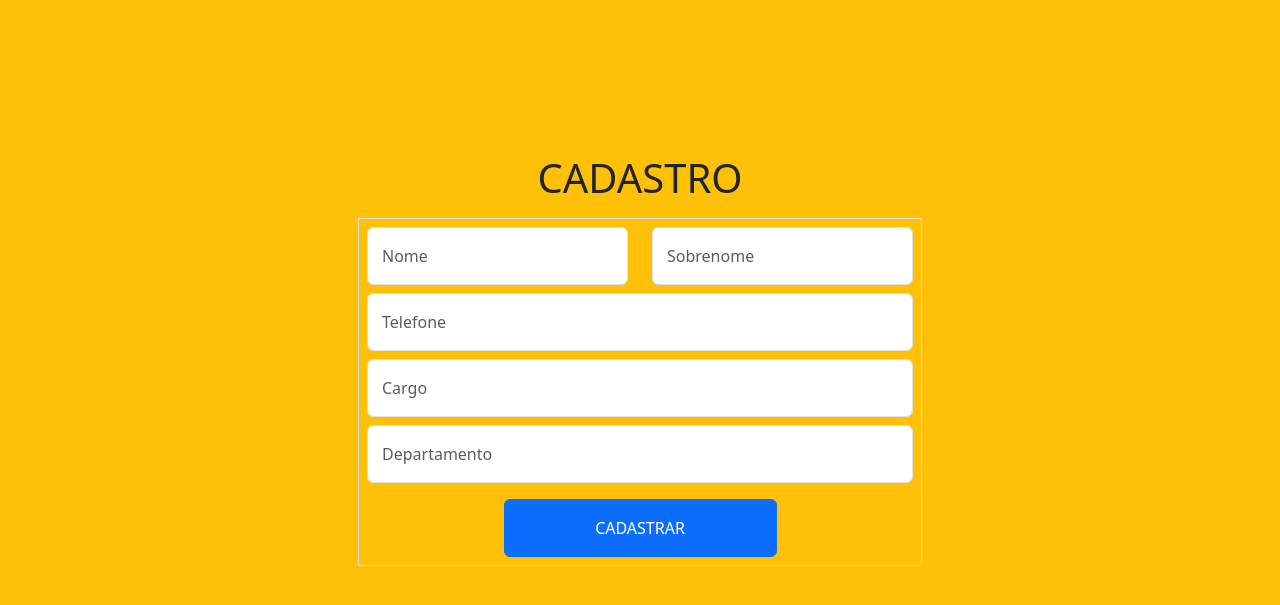
Repository: JoaoNeto00/GLPI
Page: GLPI-ROOT/glpiWeb/src/main/webapp/cadastro.html
An editor plug-in stored every save of this project. The page is shown before and after the next save, followed by the edit.
The browser window is 1280 px wide. The pictures show the whole page.

Above is the page before, as saved 2023-11-04 22:15:20.

After the next save:
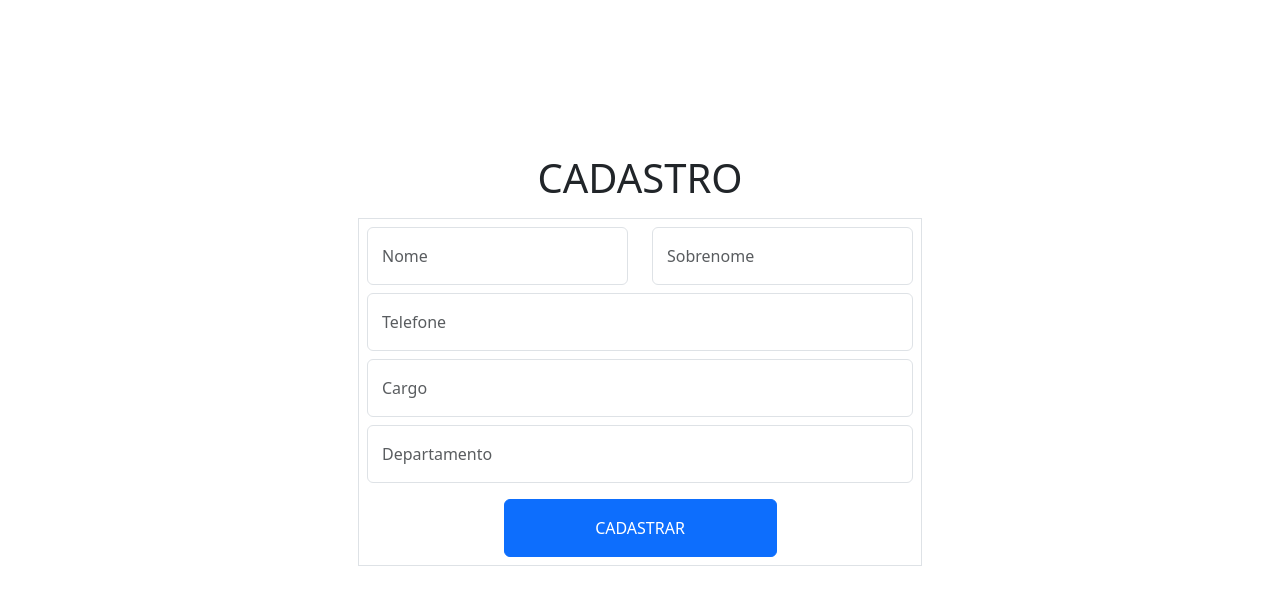
Saved 26 s later.
--- a/GLPI-ROOT/glpiWeb/src/main/webapp/cadastro.html
+++ b/GLPI-ROOT/glpiWeb/src/main/webapp/cadastro.html
@@ -9,7 +9,7 @@
         <title>cadastro</title>
     </head>
     <body>
-        <section class="d-flex flex-column justify-content-center align-items-center bg-warning height-100vh">
+        <section class="d-flex flex-column justify-content-center align-items-center  height-100vh">
 
             <h1 class="mb-3">CADASTRO</h1>
 
